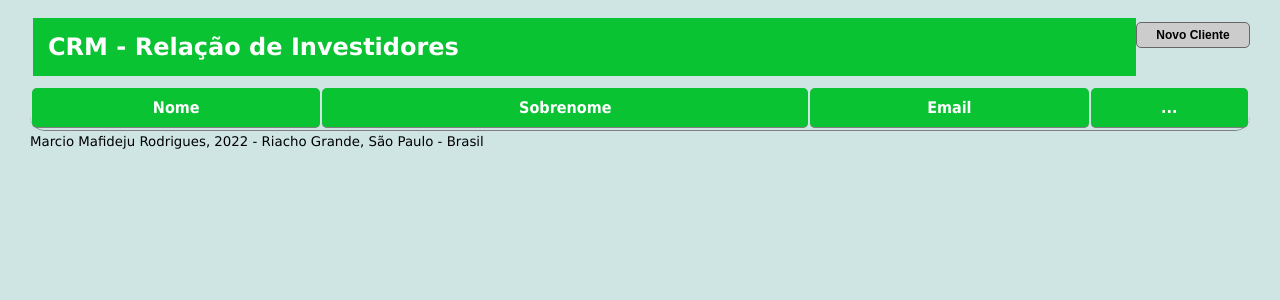
Repository: mafideju/CustomerTracker
Page: http://localhost/web-customer-tracker/WEB-INF/view/list-customers.jsp
An editor plug-in stored every save of this project. The page is shown before and after the next save, followed by the edit.
The browser window is 1280 px wide. The pictures show the whole page.
The page is served by Tomcat 9. Nobody is signed in. The template is opened directly, without the code that normally fills it, so the values that code supplies are empty.

Above is the page before, as saved 2022-01-27 15:58:58.

After the next save:
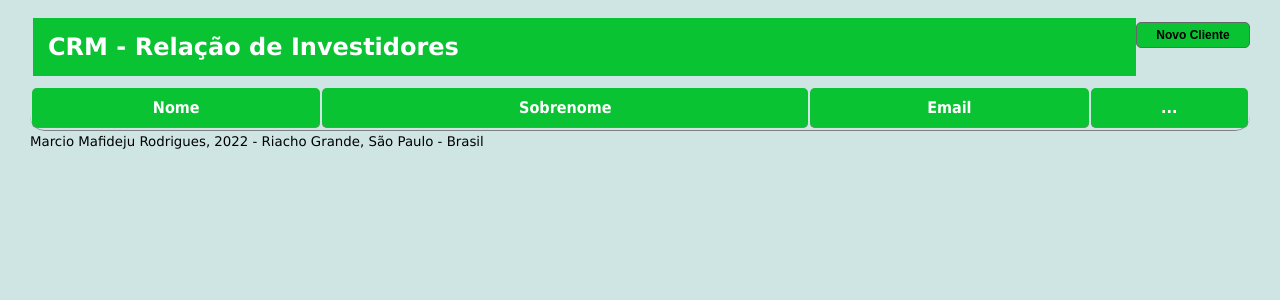
Saved 110 s later.
--- a/web-customer-tracker/WebContent/resources/css/style.css
+++ b/web-customer-tracker/WebContent/resources/css/style.css
@@ -38,7 +38,7 @@ tr:nth-child(odd) {background: #BBBBBB;}
 	width: 120px;
 	padding: 5px 10px;
 	margin-bottom: 15px;
-	background: #cccccc;
+	background: #09c332;
 }
 
 #wrapper {
